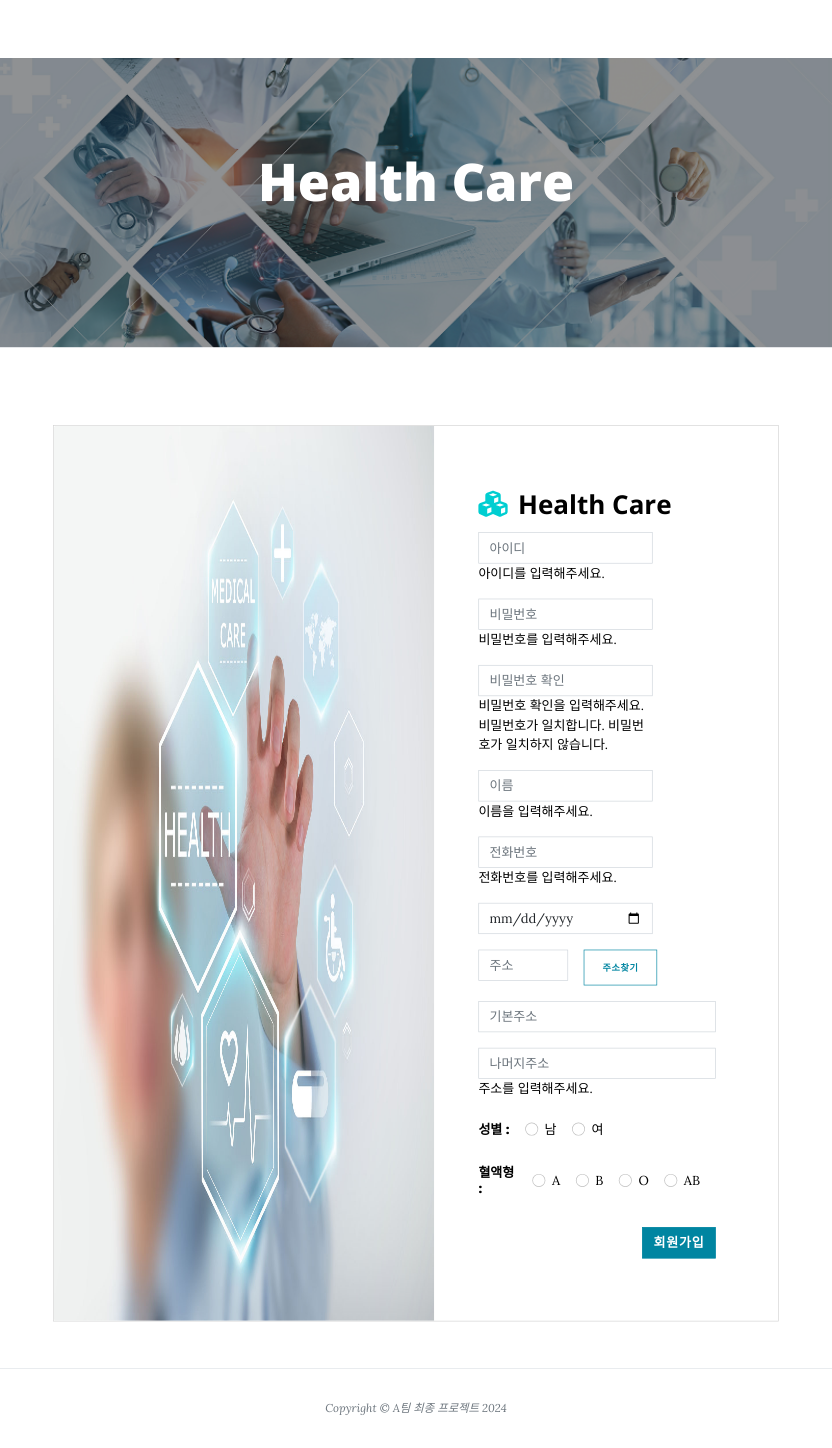
Repository: honsb91/project
Page: http://localhost/hospital/WEB-INF/views/member/join.jsp
An editor plug-in stored every save of this project. The page is shown before and after the next save, followed by the edit.
The browser window is 1280 px wide. The pictures show the whole page, at 65% of full size.
Some web libraries are served in a nearby version. The page is served by Tomcat 9. Nobody is signed in. The template is opened directly, without the code that normally fills it, so the values that code supplies are empty.

Above is the page before, as saved 2024-01-29 04:10:34.

After the next save:
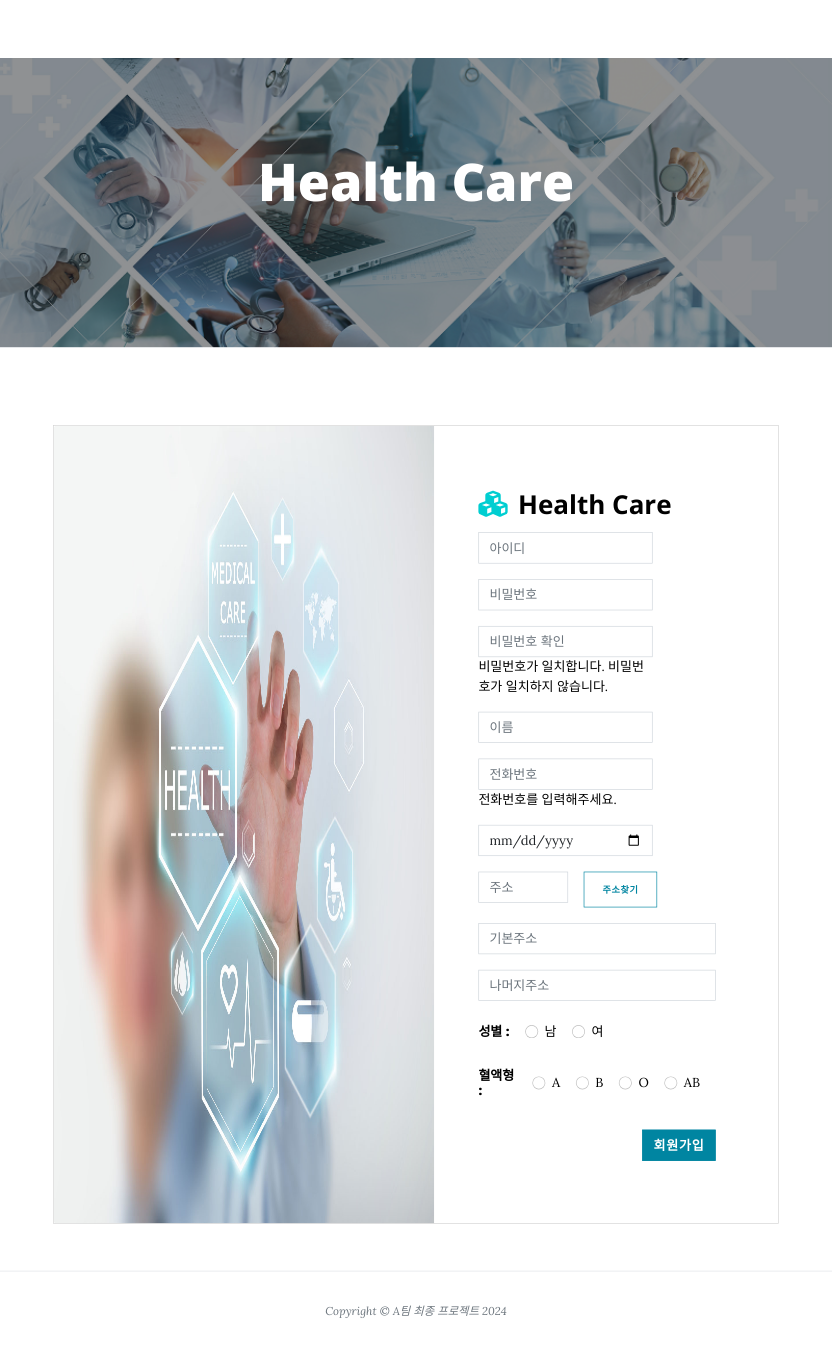
Saved 4 h 7 min later.
--- a/hospital/src/main/webapp/resources/css/member/join.css
+++ b/hospital/src/main/webapp/resources/css/member/join.css
@@ -11,3 +11,21 @@ display : none;
 color : red;
 display : none;
 }
+
+/* 유효성 검사 문구 */
+
+.final_id_ck{
+    display: none;
+}
+.final_pw_ck{
+    display: none;
+}
+.final_pwck_ck{
+    display: none;
+}
+.final_name_ck{
+    display: none;
+}
+.final_addr_ck{
+    display: none;
+}
